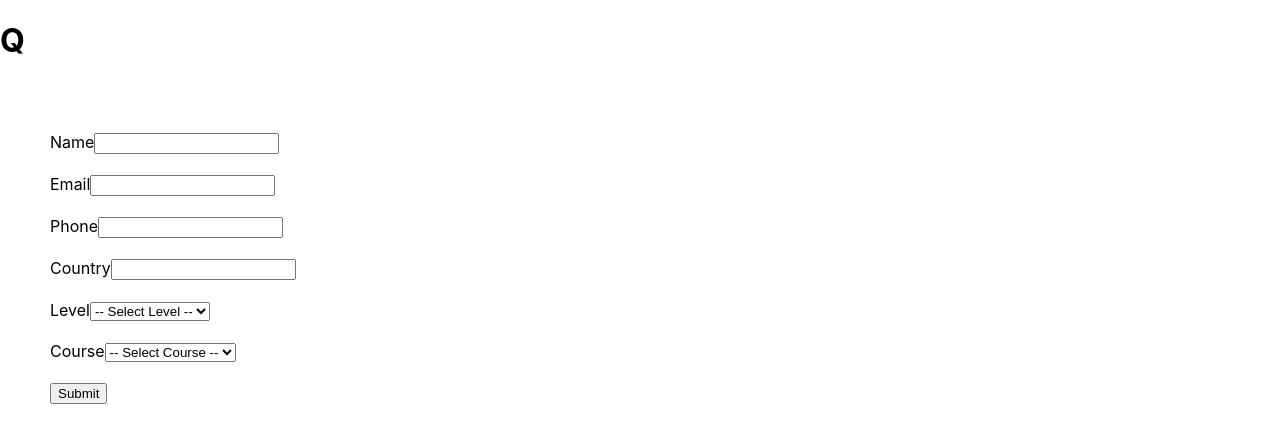
Repository: talha-mahmood/form_react
Page: /
The author's editor kept a copy of each file at every save. The page is drawn from the files as they stood at one save, then again after a run of saves.
The browser window is 1280 px wide. The pictures show the whole page.
The project was rebuilt for these pictures with package versions that can differ from the ones it lists, and the page was loaded fresh each time.

Above is the page before, as saved 2023-03-13 16:05:17.

After the next 2 saves:
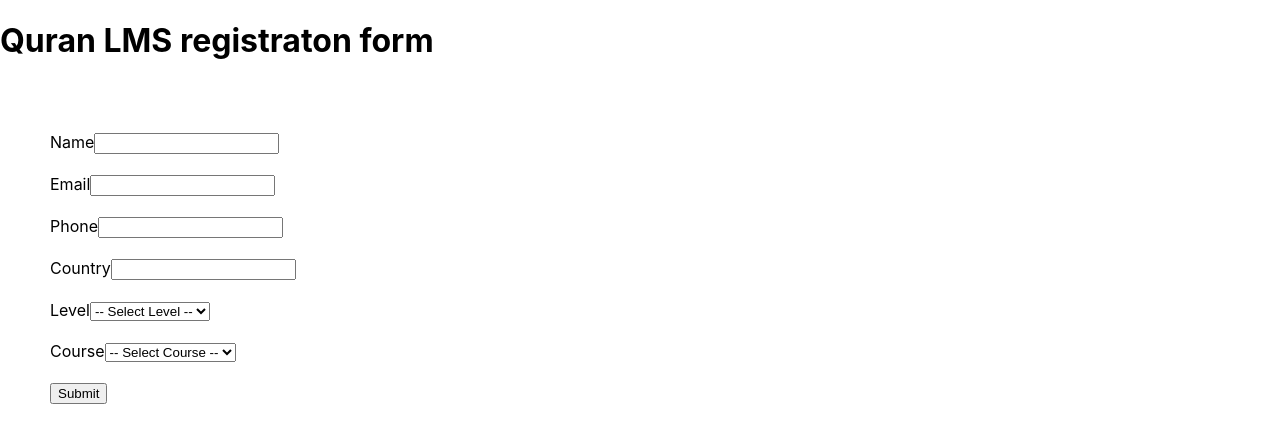
The 2 saves are shown as one change because they came seconds apart.
The last was saved 11 s later.
--- a/src/App.js
+++ b/src/App.js
@@ -16,7 +16,7 @@ const App=()=>{
 
   return (
     <div>
-      <h1>Q</h1>
+      <h1>Quran LMS registraton form</h1>
     <form onSubmit={handleSubmit}>
       <div>
         <label htmlFor="name">Name</label>
